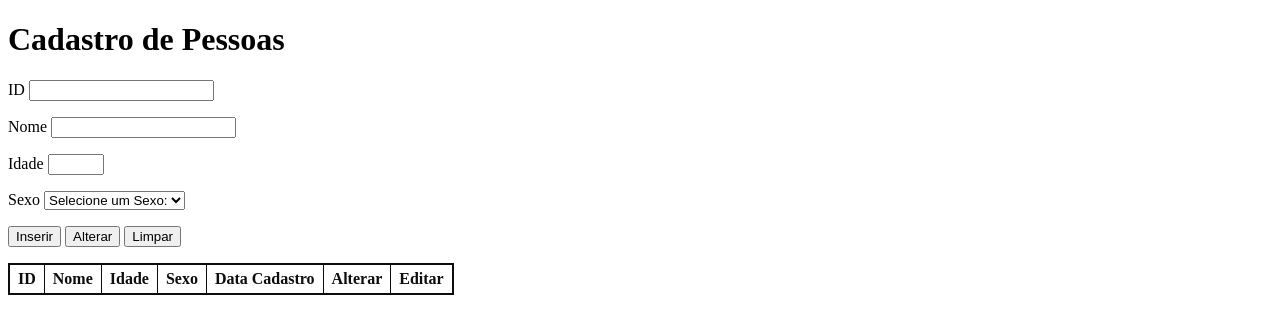
Repository: willisabino/Cadastrar-Pessoas
Page: http://localhost/cadastrarPessoas2/pessoaservlet
An editor plug-in stored every save of this project. The page is shown before and after the next save, followed by the edit.
The browser window is 1280 px wide. The pictures show the whole page.
The page is served by Tomcat 9. Other server files are loaded and not shown. Queries for data that is not in the repository find no rows.

Above is the page before, as saved 2022-05-22 23:19:59.

### cadastrarPessoas2/src/main/webapp/index.jsp
<%@page import="br.com.cadastrarpessoa.servlet.PessoaServlet"%>
<%@page import="br.com.cadastrarpessoa.service.PessoaService"%>
<%@page import="java.util.ArrayList"%>
<%@page import="br.com.cadastrarpessoa.model.Pessoa"%>
<%@page import="java.util.List"%>
<%@ page language="java" contentType="text/html; charset=ISO-8859-1"
	pageEncoding="ISO-8859-1"%>
<%@ taglib uri="http://java.sun.com/jsp/jstl/core" prefix="c"%>
<%@ taglib uri="http://java.sun.com/jsp/jstl/fmt" prefix="fmt"%>
<!DOCTYPE html>
<html>
<head>
<meta charset="ISO-8859-1">
<title>Cadastrar Pessoas</title>
<link rel="stylesheet" href="estilo.css">
</head>

<body>

	<form action="pessoaservlet" method="post">

		<h1>Cadastro de Pessoas</h1>

		<p>  <!-- hidden="hidden" -->
			<label for="id">ID</label>
			<input type="number" name="id" id="id" value="${ cadastro.id }">
		</p>
		<p>
			<label for="nome">Nome</label>
			<input type="text" name="nome" id="nome" value="${ cadastro.nome }">
		</p>
		<p>
			<label for="nome">Idade</label>
			<input type="number" name="idade" id="idade" min="0" max="99" value="${ cadastro.idade }">
		</p>
		<p>
			<label for="sexo">Sexo</label> <select name="sexo" id="sexo">
				<option>Selecione um Sexo:</option>
				<option value="m">Masculino</option>
				<option value="f">Feminino</option>
			</select>
		</p>
		<p>
			<input type="submit" value="Inserir" name="acao" id="inserir">
			<input type="submit" value="Alterar" name="acao" id="alterar">
			<input type="submit" value="Limpar" name="acao" id="limpar">
		</p>
	</form>

	<table>
		<thead>
			<tr>
				<th>ID</th>
				<th>Nome</th>
				<th>Idade</th>
				<th>Sexo</th>
				<th>Data Cadastro</th>
				<th>Alterar</th>
				<th>Editar</th>
			</tr>
		</thead>
		<tbody>
			<c:forEach items="${ sessaoListaPessoa }" var="listaPessoas">

				<tr>
					<td>${ listaPessoas.id }</td>
					<td>${ listaPessoas.nome }</td>
					<td>${ listaPessoas.idade }</td>
					<td>${ listaPessoas.sexo }</td>
					<td><fmt:formatDate value="${ listaPessoas.dataCadastro }" pattern="dd/MM/yyy"/></td>
					<td><a href="alterarCadastro?id=${listaPessoas.id}">O</a></td>
					<td><a href="removePessoaServlet?id=${listaPessoas.id}">X</a></td>
				</tr>

			</c:forEach>
		</tbody>
	</table>
</body>
</html>

### cadastrarPessoas2/src/main/java/br/com/cadastrarpessoa/servlet/PessoaServlet.java
package br.com.cadastrarpessoa.servlet;

import java.io.IOException;
import java.io.PrintWriter;
import java.util.ArrayList;

import javax.servlet.RequestDispatcher;
import javax.servlet.ServletException;
import javax.servlet.annotation.WebServlet;
import javax.servlet.http.HttpServlet;
import javax.servlet.http.HttpServletRequest;
import javax.servlet.http.HttpServletResponse;

import br.com.cadastrarpessoa.dao.PessoaDao;
import br.com.cadastrarpessoa.model.Pessoa;
import br.com.cadastrarpessoa.service.PessoaService;

/**
 * Servlet implementation class PessoaServlet
 */
@WebServlet("/pessoaservlet")
public class PessoaServlet extends HttpServlet {
	private static final long serialVersionUID = 1L;


	protected void doGet(HttpServletRequest request, HttpServletResponse response) throws ServletException, IOException {

		response.setContentType("text/html");

		PessoaService pessoaService = new PessoaService();
		ArrayList<Pessoa> listaPessoa = new ArrayList<>();

		listaPessoa = pessoaService.chamaListaPessoaService();

		request.setAttribute("sessaoListaPessoa", listaPessoa);

		RequestDispatcher rd = request.getRequestDispatcher("index.jsp");
		rd.forward(request, response);
	}

	protected void doPost(HttpServletRequest request, HttpServletResponse response) throws ServletException, IOException {

		response.setContentType("text/html");

		String id =  request.getParameter("id");
		String nome =  request.getParameter("nome");
		String idade =  request.getParameter("idade");
		String sexo =  request.getParameter("sexo");
		String acao =  request.getParameter("acao");

		PessoaService pessoaService = new PessoaService();

		if(acao.equals("Inserir")) {

			pessoaService.inserirPessoas(nome, idade, sexo);

			response.sendRedirect("pessoaservlet");

		}else if(acao.equals("Alterar")) {

			pessoaService.alterarCadastro(id, nome, idade, sexo);

			response.sendRedirect("pessoaservlet");

		}

	}
}

### cadastrarPessoas2/src/main/java/br/com/cadastrarpessoa/service/PessoaService.java
package br.com.cadastrarpessoa.service;

import java.util.ArrayList;
import java.util.Date;

import br.com.cadastrarpessoa.dao.PessoaDao;
import br.com.cadastrarpessoa.model.Pessoa;

public class PessoaService {

	public ArrayList<Pessoa> chamaListaPessoaService() {

		PessoaDao pessoaDao = new PessoaDao();
		ArrayList<Pessoa> listaPessoa = new ArrayList<>();


		for(Pessoa p : pessoaDao.chamaListaPessoas()) {

			long id = p.getId();
			String nome = p.getNome();
			int idade = p.getIdade();
			String sexo = p.getSexo();
			Date data = new Date();

			listaPessoa.add(new Pessoa(id, nome, idade, sexo, data));
		}

		return listaPessoa;
	}

	public void inserirPessoas(String nome, String idade, String sexo) {

		PessoaDao pessoaDao = new PessoaDao();

		Pessoa pessoa = new Pessoa();
		pessoa.setNome(nome);
		pessoa.setIdade(Integer.parseInt(idade));
		pessoa.setSexo(sexo);
		pessoa.setDataCadastro(new Date());

		pessoaDao.inserirCadastro(pessoa);
	}

	public Pessoa buscaPessoaPeloId(String paramId) {

		int id = Integer.parseInt(paramId);

		ArrayList<Pessoa> listaPessoa = new ArrayList<>();
		PessoaService pessoaService = new PessoaService();
		listaPessoa = pessoaService.chamaListaPessoaService();

		for (int x = 0; x < listaPessoa.size(); x++) {

			if (listaPessoa.get(x).getId() == id) {

				return listaPessoa.get(x);
			}

		}
		return null;
	}

	public void alterarCadastro(String id, String nome, String idade, String sexo) {

		Pessoa pessoa = new Pessoa();
		PessoaDao pesssoaDao = new PessoaDao();


		pessoa.setNome(nome);
		pessoa.setIdade(Integer.parseInt(idade));
		pessoa.setSexo(sexo);
		pessoa.setDataCadastro(new Date());
		pessoa.setId(Long.parseLong(id));

		pesssoaDao.editarCadastro(pessoa);

	}



	public void removeCadastro(String id) {

		PessoaDao pessoaDao = new PessoaDao();

		pessoaDao.deletarCadastro(Long.parseLong(id));

	}

}

### cadastrarPessoas2/src/main/java/br/com/cadastrarpessoa/dao/PessoaDao.java
package br.com.cadastrarpessoa.dao;

import java.sql.Connection;
import java.sql.Date;
import java.sql.PreparedStatement;
import java.sql.ResultSet;
import java.util.ArrayList;

import br.com.cadastrarpessoa.factory.ConnectionFactory;
import br.com.cadastrarpessoa.model.Pessoa;

public class PessoaDao {

	public void inserirCadastro(Pessoa pessoa) {

		String sql = "INSERT INTO tb_ficha(nome, idade, sexo, dataCadastro) VALUES (?, ?, ?, ?)";

		Connection conn = null;
		PreparedStatement pstm = null;

		try {
			conn = ConnectionFactory.createConnectionToMySQL();

			pstm = (PreparedStatement) conn.prepareStatement(sql);

			pstm.setString(1, pessoa.getNome());
			pstm.setInt(2, pessoa.getIdade());
			pstm.setString(3, pessoa.getSexo());
			pstm.setDate(4, new Date(pessoa.getDataCadastro().getTime()));

			pstm.execute();

			System.out.println("Dados salvos!!!");

		}catch (Exception e) {

			e.printStackTrace();

		}finally {
			try{
				if(pstm!=null){
					pstm.close();
				}

				if(conn!=null) {
					conn.close();
				}
			}catch(Exception e) {
				e.printStackTrace();
			}
		}
	}


	public ArrayList<Pessoa> chamaListaPessoas(){

		String sql = "SELECT * FROM tb_ficha";

		ArrayList<Pessoa> pessoas = new ArrayList<Pessoa>();

		Connection conn = null;
		PreparedStatement pstm = null;

		ResultSet rset = null;

		try {
			conn = ConnectionFactory.createConnectionToMySQL();

			pstm = conn.prepareStatement(sql);

			rset = pstm.executeQuery();

			while(rset.next()) {

				Pessoa pessoa = new Pessoa();

				pessoa.setId(rset.getInt("id"));
				pessoa.setNome(rset.getString("nome"));
				pessoa.setIdade(rset.getInt("idade"));
				pessoa.setSexo(rset.getString("sexo"));
				pessoa.setDataCadastro(rset.getDate("dataCadastro"));

				pessoas.add(pessoa);
			}

		}catch (Exception e) {

			e.printStackTrace();

		}finally {
			try {
				if(rset != null) {
					rset.close();
				}

				if(pstm != null) {
					pstm.close();
				}

				if(conn!=null) {
					conn.close();
				}

			}catch(Exception e) {
				e.printStackTrace();
			}
		}

		return pessoas;
	}


	public void editarCadastro(Pessoa pessoa) {

		String sql = "UPDATE tb_ficha SET nome = ?, idade = ?, sexo = ?, dataCadastro = ? "+
		"WHERE id = ?";

		Connection conn = null;
		PreparedStatement pstm = null;

		try {
			conn = ConnectionFactory.createConnectionToMySQL();

			pstm = conn.prepareStatement(sql);

			pstm.setString(1, pessoa.getNome());
			pstm.setInt(2, pessoa.getIdade());
			pstm.setString(3, pessoa.getSexo());
			pstm.setDate(4, new Date(pessoa.getDataCadastro().getTime()));

			pstm.setLong(5, pessoa.getId());

			pstm.execute();

		}catch(Exception e) {

			e.printStackTrace();

		}finally {
			try {
				if(pstm!=null) {
					pstm.close();
				}

				if(conn!=null) {
					conn.close();
				}
			}catch(Exception e) {
				e.printStackTrace();
			}
		}

	}


	public void deletarCadastro(long id) {

		String sql = "DELETE FROM tb_ficha WHERE id = ?";

		Connection conn = null;

		PreparedStatement pstm = null;

		try {
			conn = ConnectionFactory.createConnectionToMySQL();

			pstm = conn.prepareStatement(sql);

			pstm.setLong(1, id);

			pstm.execute();

		}catch (Exception e) {

			e.printStackTrace();

		}finally {

			try {

				if(pstm != null) {

					pstm.close();

				}
				if(conn != null) {
					conn.close();
				}

			}catch(Exception e) {

				e.printStackTrace();
			}
		}
	}
}

### cadastrarPessoas2/src/main/java/br/com/cadastrarpessoa/factory/ConnectionFactory.java
package br.com.cadastrarpessoa.factory;

import java.sql.Connection;
import java.sql.DriverManager;

public class ConnectionFactory {

	private static final String USERNAME = "root";

	private static final String PASSWORD = "root";

	private static final String DATABASE_URL = "jdbc:mysql://localhost:3306/db_cadastro";

	public static Connection createConnectionToMySQL() throws Exception{

		Class.forName("com.mysql.jdbc.Driver");

		Connection connection = DriverManager.getConnection(DATABASE_URL, USERNAME, PASSWORD);

		return connection;
	}

	public static void main(String[] args) throws Exception {

		Connection con = createConnectionToMySQL();

		if(con!=null) {
			System.out.println("Conexão obtida com sucesso!");
			con.close();
		}

	}

}

### cadastrarPessoas2/src/main/webapp/estilo.css
@charset "UTF-8";

table {
    border: 2px solid rgb(14, 13, 13);
    border-collapse: collapse;
    background-color: white;
  }

th, tr, td {
    border: solid 1px rgb(14, 13, 13);
    color: rgb(14, 13, 13);
    background-color: white;
    padding: 5px 8px;
    text-align: center;
}

After the next save:
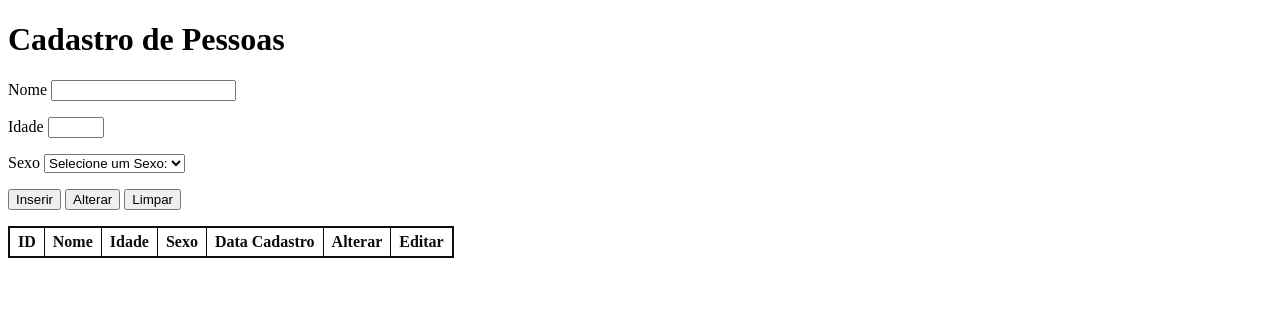
Saved 4 min 53 s later.
--- a/cadastrarPessoas2/src/main/webapp/index.jsp
+++ b/cadastrarPessoas2/src/main/webapp/index.jsp
@@ -21,7 +21,7 @@
 
 		<h1>Cadastro de Pessoas</h1>
 
-		<p>  <!-- hidden="hidden" -->
+		<p hidden="hidden">
 			<label for="id">ID</label>
 			<input type="number" name="id" id="id" value="${ cadastro.id }">
 		</p>
